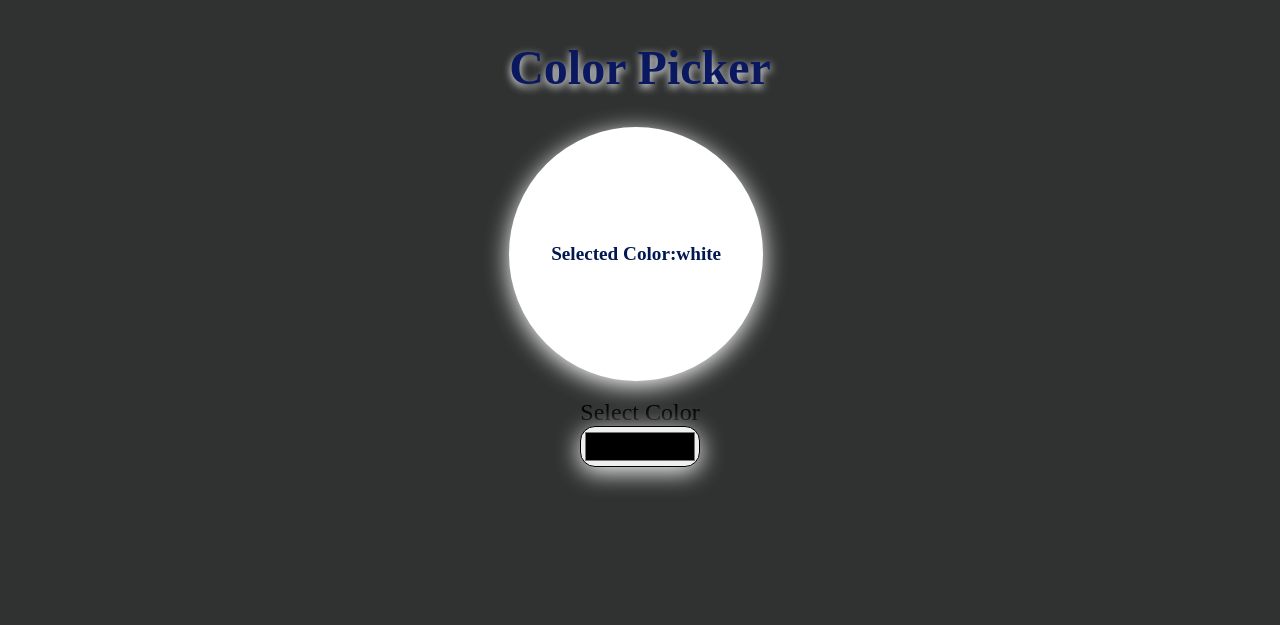
Repository: rkrukshan/Color-Picker--React-
Page: /
The author's editor kept a copy of each file at every save. The page is drawn from the files as they stood at one save, then again after the next save.
The browser window is 1280 px wide. The pictures show the whole page.
The project was rebuilt for these pictures with package versions that can differ from the ones it lists, and the page was loaded fresh each time. Also part of the build but not shown: vite.config.js.

Above is the page before, as saved 2024-07-21 19:16:19.

### src/App.jsx
import ColorPicker from "./ColorPicker"

function App() {

  return (
    <>
    <ColorPicker/>
    </>
  )

}

export default App

### src/index.css
body {
  background-color: rgb(48, 49, 49);
}
.cp-container {
  text-align: center;
  display: grid;
  align-items: center;
  justify-content: center;
}
.heading {
  color: rgb(10, 25, 95);
  font-size: 3em;
  text-shadow: 0px 3px 9px white;
}
.color-pad {
  height: 250px;
  width: 250px;
  border: 2px solid rgb(255, 255, 255);
  border-radius: 50%;
  box-shadow: 0px 5px 25px rgb(255, 255, 255);
  transition: 0.25s;
  display: flex;
  align-items: center;
  justify-content: center;
  padding: ;
}
.selectedlabel {
  font-size: larger;
  font-weight: bolder;
  color: rgb(1, 24, 81);
}
.selectlabel {
  font-size: 1.5em;
}
.colorpicker {
  width: 9em;
  height: 41px;
  border-radius: 15px;
  box-shadow: 0px 5px 25px rgb(255, 255, 255);
  transition: 11s;
}

### src/ColorPicker.jsx
import { useState } from "react";

function ColorPicker() {
  const [color, setColor] = useState("white");

  function updateColor(event) {
    setColor(event.target.value);
  }
  return (
    <div className="cp-container">
      <h1 className="heading">Color Picker</h1>
      <div className="color-pad" style={{ backgroundColor: color }}>
        <p htmlFor="cp" className="selectedlabel">
          Selected Color:{color}
        </p>
      </div>
      <br />
      <div className="btncp">
        <label htmlFor="scp" className="selectlabel">
          Select Color
        </label>
        <br />
        <input
          type="color"
          value={color}
          onChange={updateColor}
          className="colorpicker"
        />
      </div>
    </div>
  );
}
export default ColorPicker;

Loaded but not shown: index.html (common file); src/main.jsx (common file)

After the next save:
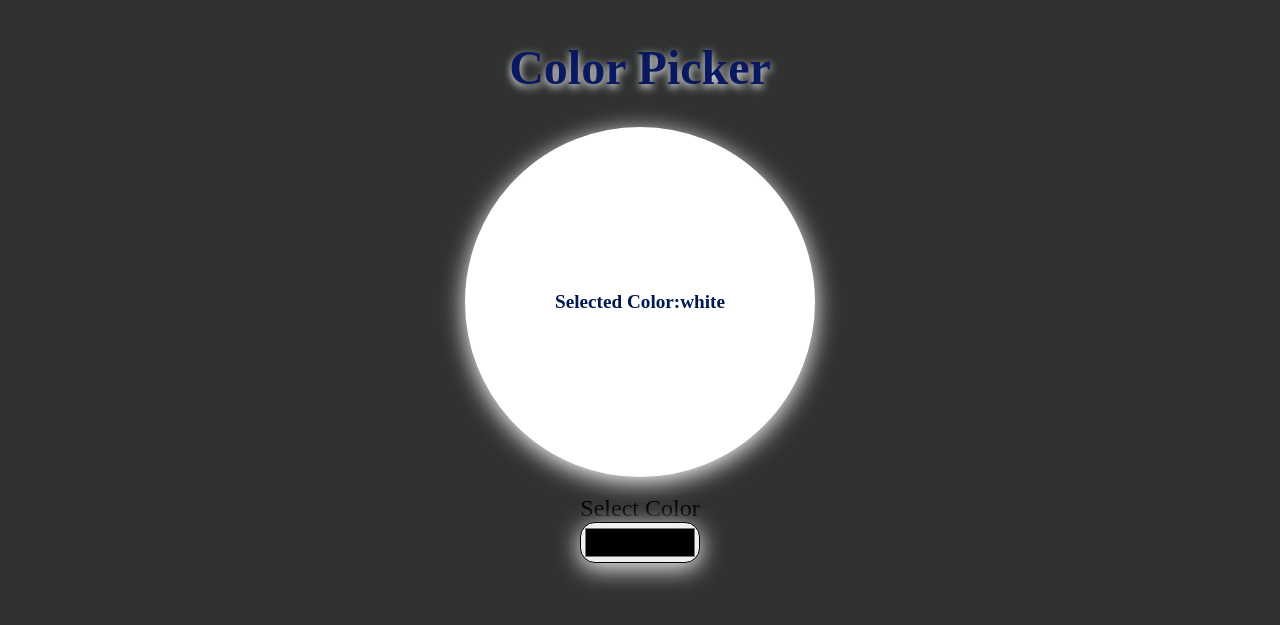
Saved 4 s later.
--- a/src/index.css
+++ b/src/index.css
@@ -22,7 +22,7 @@
   display: flex;
   align-items: center;
   justify-content: center;
-  padding: ;
+  padding: 3em;
 }
 .selectedlabel {
   font-size: larger;

After the save that followed:
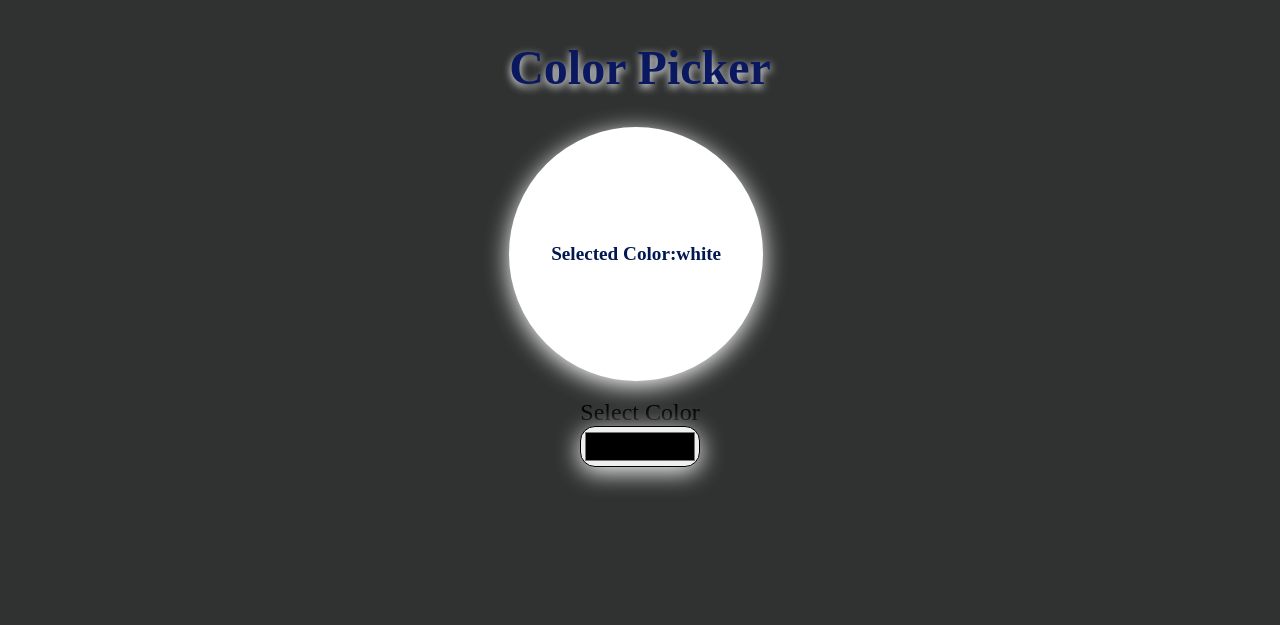
Saved 7 s later.
--- a/src/index.css
+++ b/src/index.css
@@ -22,7 +22,6 @@
   display: flex;
   align-items: center;
   justify-content: center;
-  padding: 3em;
 }
 .selectedlabel {
   font-size: larger;
